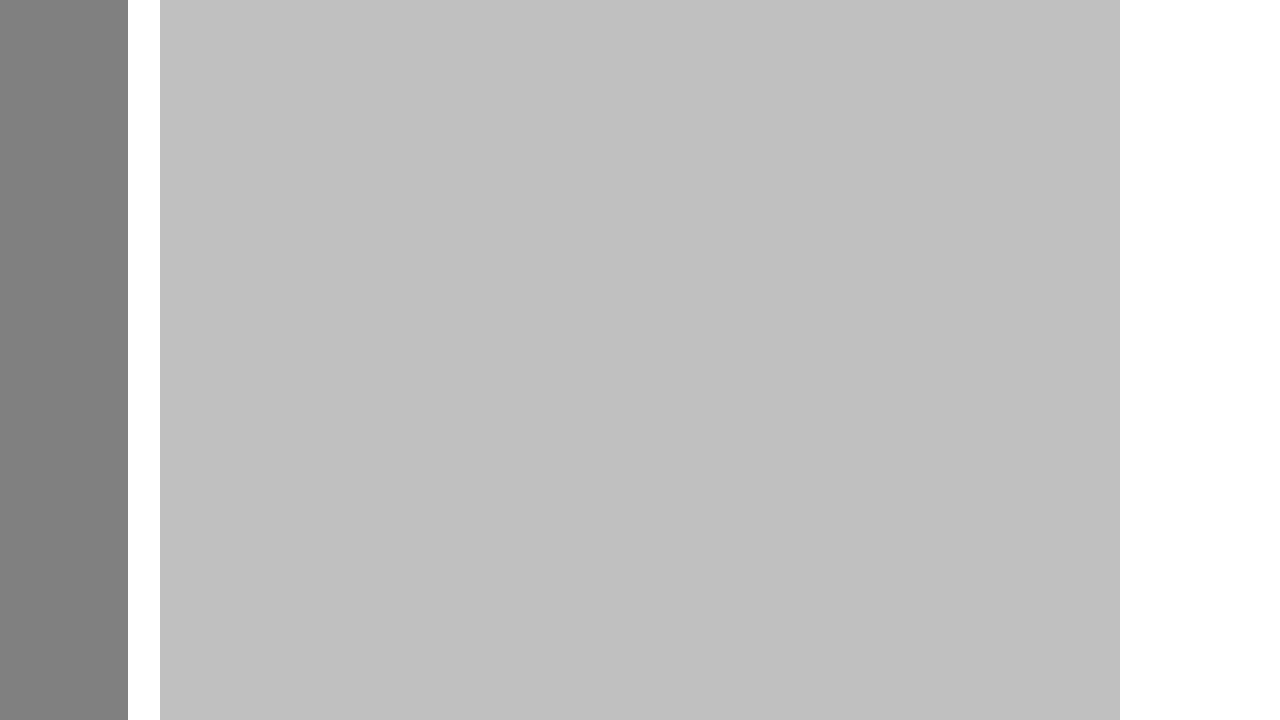
Repository: OrionDevelopers/projectwall
Page: http://localhost/slidePresenter.php
These files come from the project's save history. The page is drawn as it stood at one moment and after the next save; the edit follows.
The browser window is 1280 px wide. The pictures show the whole page.
The page is run by PHP 8.4 with error messages shown; the project is at /var/www/html/.

Above is the page before, as saved 2013-04-20 16:25:56.

### slidePresenterPrototype2/presenterPrototype2/slidePresenter.php
<!DOCTYPE html>
<html>
	<head>
		<title>Slide Presenter </title>
		<link href="css/slidePresenter.css" rel="stylesheet"/>
		<script src="js/kinetic-v4.4.1.js" type="text/javascript"></script>
		<script src="js/slidePresenter.js" type="text/javascript"></script>
	</head>
	<body>
		<div id='leftToolBar'></div>
		<div id='rightToolBar'></div>
		<div id='container'></div>
	</body>
</html>

### slidePresenterPrototype2/presenterPrototype2/css/slidePresenter.css
*{
	padding:0px;
	margin:0px;
}
body,html{
	height:100%;
	width:100%;
}
#leftToolBar{
	float:left;
	height:100%;
	width:10%;
	background-color: gray;
}
#container{
	height:100%;
	width:75%;

	margin-left:auto;
	margin-right:auto;
	background-color:silver;
}

Loaded but not shown: slidePresenterPrototype2/presenterPrototype2/js/kinetic-v4.4.1.js (library); slidePresenterPrototype2/presenterPrototype2/js/slidePresenter.js (no copy from this time; the picture is the same without it)

After the next save:
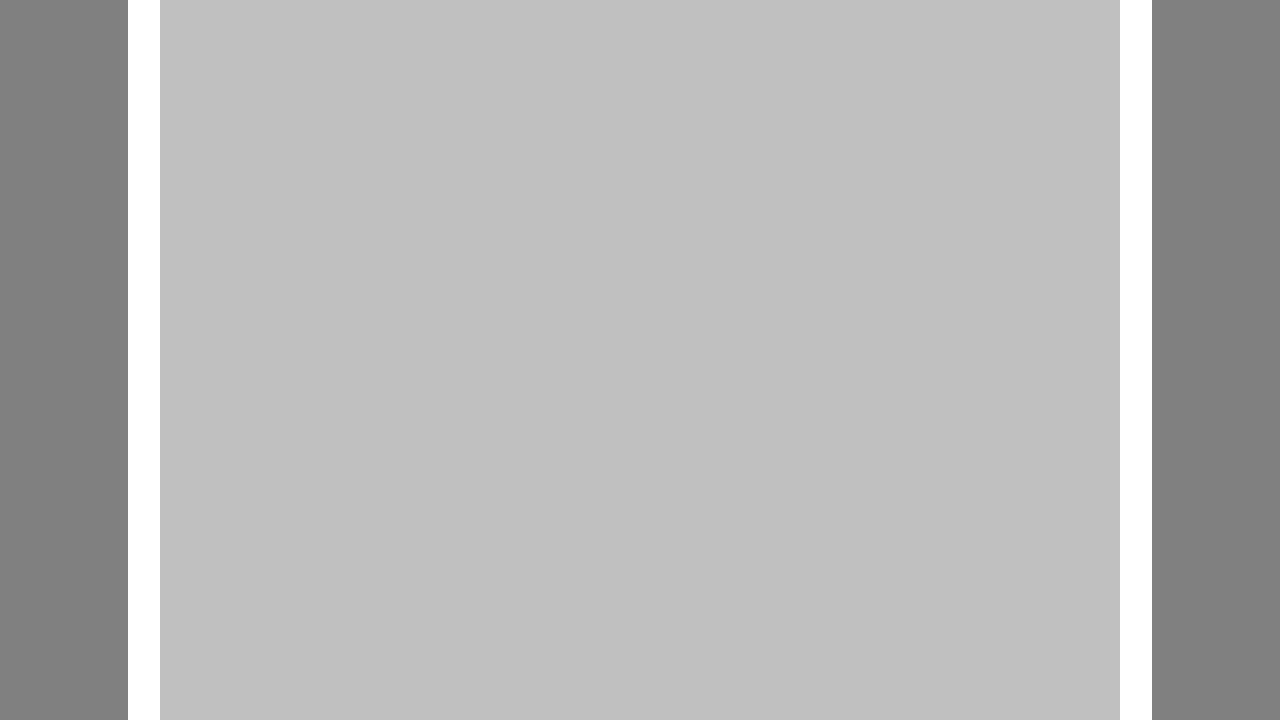
Saved 40 s later.
--- a/slidePresenterPrototype2/presenterPrototype2/css/slidePresenter.css
+++ b/slidePresenterPrototype2/presenterPrototype2/css/slidePresenter.css
@@ -12,6 +12,12 @@ body,html{
 	width:10%;
 	background-color: gray;
 }
+#rightToolBar{
+	float:right;
+	height:100%;
+	width:10%;
+	background-color: gray;
+}
 #container{
 	height:100%;
 	width:75%;
